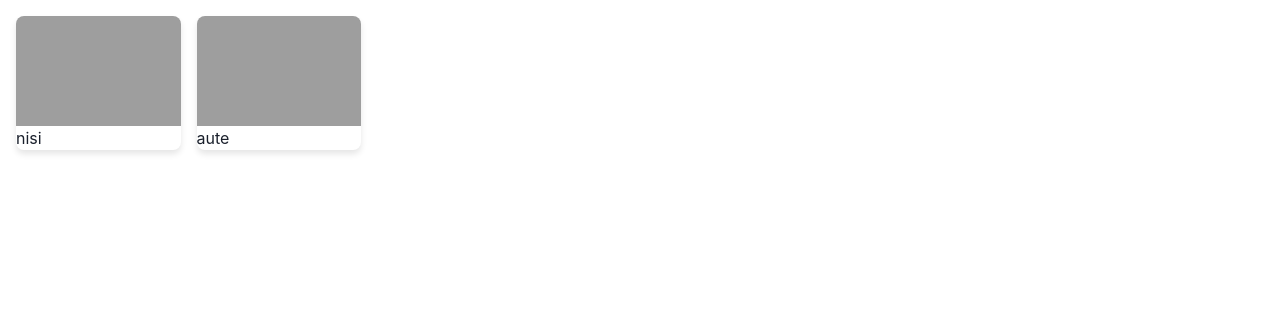
Repository: Jordybeer/wow
Page: /
An editor plug-in stored every save of this project. The page is shown before and after the next save, followed by the edit.
The browser window is 1280 px wide. The pictures show the whole page.
Pictures or frames that could not be fetched are drawn as grey boxes. The project was rebuilt for these pictures with package versions that can differ from the ones it lists, and the page was loaded fresh each time. The framework's server and built-in components were replaced by stand-ins that run in the browser. Also part of the build but not shown: components/ExpandedCard.tsx.

Above is the page before, as saved 2023-09-18 18:45:25.

After the next save:
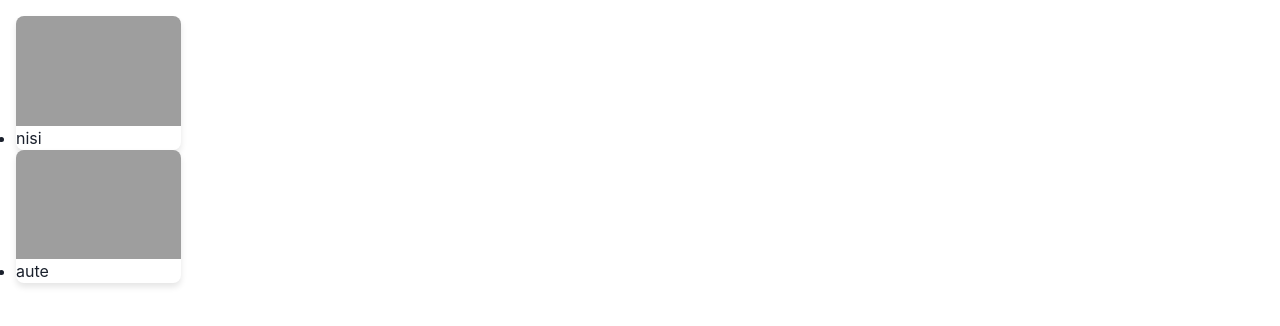
Saved 17 min 59 s later.
--- a/components/CardGrid.tsx
+++ b/components/CardGrid.tsx
@@ -1,9 +1,16 @@
 // components/CardGrid.tsx
-import React, { useState, useEffect } from 'react';
+import React, { useState, useEffect, useCallback } from 'react';
 import Card from './Card';
 import { LoremIpsum } from 'lorem-ipsum';
+import { motion, AnimatePresence } from 'framer-motion';
+
 
 const CardGrid = ({ setSelectedCard }) => {
+   const [index, setIndex] = useState(false);
+  const handleClose = useCallback(() => {
+    setIndex(false);
+  }, []);
+
   const [data, setData] = useState([]);
 
   useEffect(() => {
@@ -47,9 +54,26 @@ const CardGrid = ({ setSelectedCard }) => {
 
   return (
     <div className="grid">
-      {data.map((item, index) => (
-        <Card key={index} data={item} setSelectedCard={setSelectedCard} />
+      <ul>
+      {data.map((item, idx) => (
+        <motion.li
+          key={idx}
+          layoutId={`${item.img}`}
+          onClick={() => index === false && setIndex(item.title)}
+          initial={{ borderRadius: "0.6rem" }}
+        >
+          <Card data={item} setSelectedCard={setSelectedCard} />
+        </motion.li>
       ))}
+      </ul>
+ <AnimatePresence>
+        {index !== false && (
+          <div>
+            {/* Your modal or expanded view code here */}
+            {null}
+          </div>
+        )}
+      </AnimatePresence>
     </div>
   );
 };
